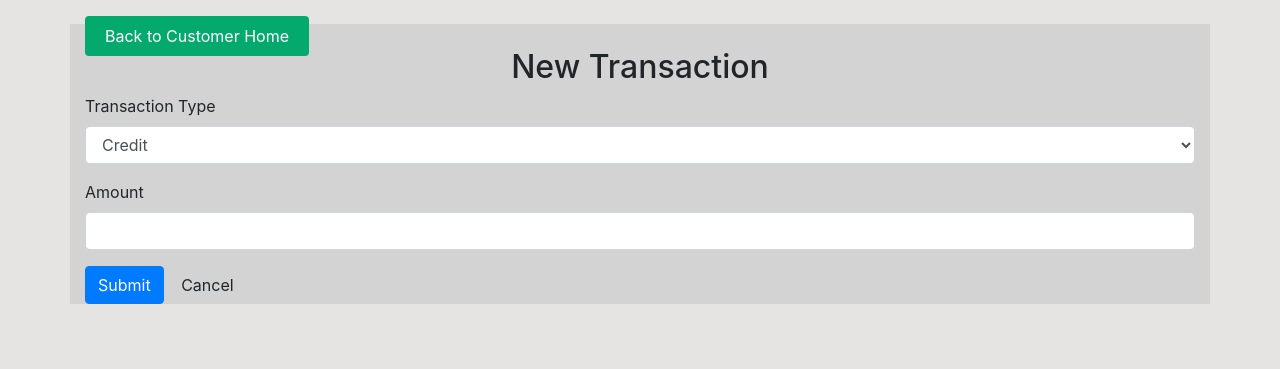
Repository: SuyashAwasthy/Javaee
Page: http://localhost/13-bank-application-mvc/newTransaction.jsp
These files come from the project's save history. The page is drawn as it stood at one moment and after the next save; the edit follows.
The browser window is 1280 px wide. The pictures show the whole page.
Some web libraries are served in a nearby version. The page is served by Tomcat 9.

Above is the page before, as saved 2024-07-22 15:58:39.

After the next save:
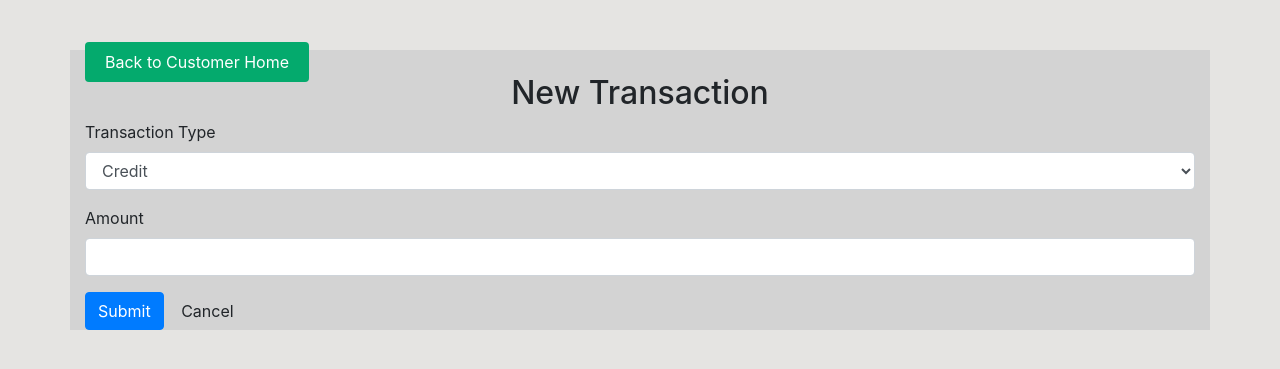
Saved 26 s later.
--- a/13-bank-application-mvc/WebContent/newTransaction.jsp
+++ b/13-bank-application-mvc/WebContent/newTransaction.jsp
@@ -19,7 +19,7 @@
 </style>
 </head>
 <body>
-    <div class="container mt-4">
+    <div class="container">
         <a href="user" class="button">Back to Customer Home</a>
 
         <h2 class="text-center">New Transaction</h2>
